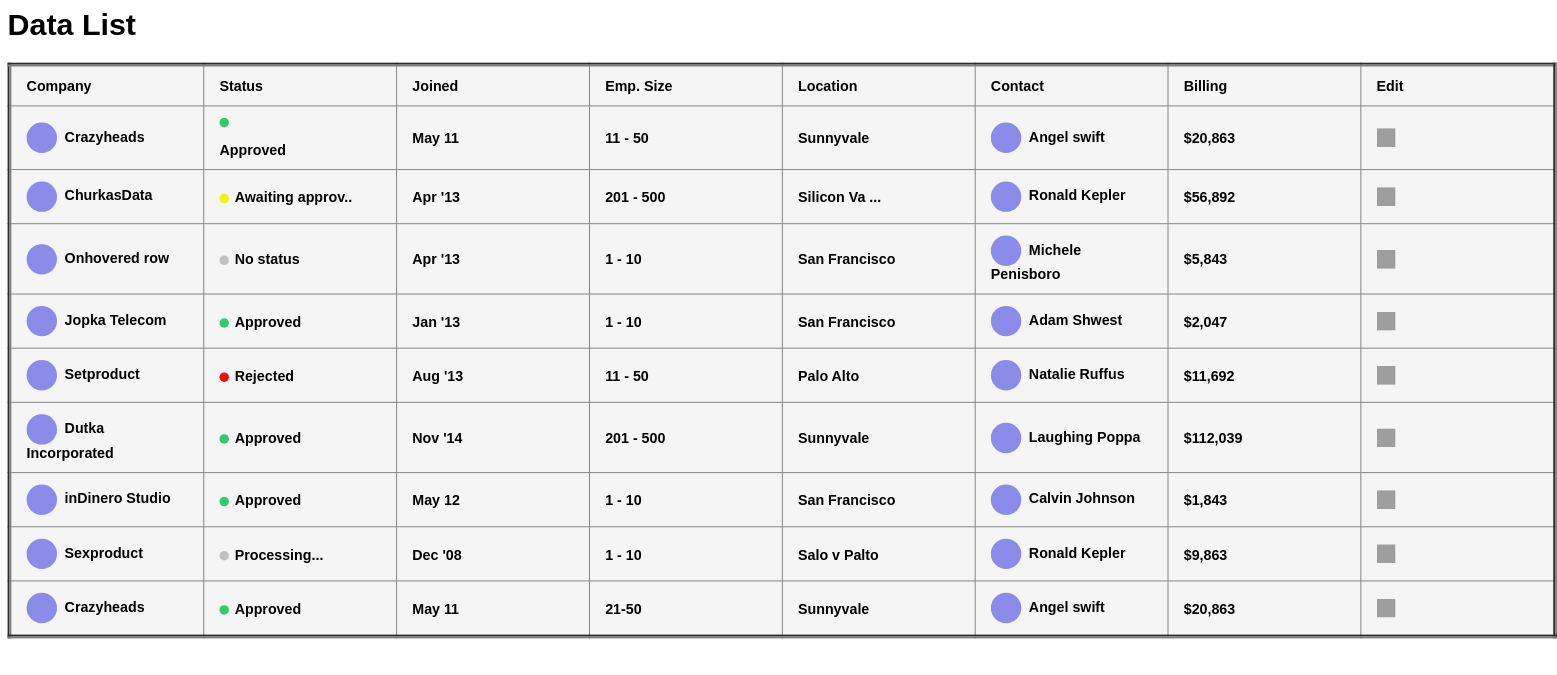
Repository: AdityaTech-Pro/FullStackWithBridgelabz
Page: Assignment2/Data_List/index.html
An editor plug-in stored every save of this project. The page is shown before and after the next save, followed by the edit.
The browser window is 1280 px wide. The page is 1639 px wide, so the pictures cover 1639 px, including what lies to the right of the window. The pictures show the whole page, at 95% of full size.
Pictures or frames that could not be fetched are drawn as grey boxes.

Above is the page before, as saved 2025-10-15 10:19:46.

After the next save:
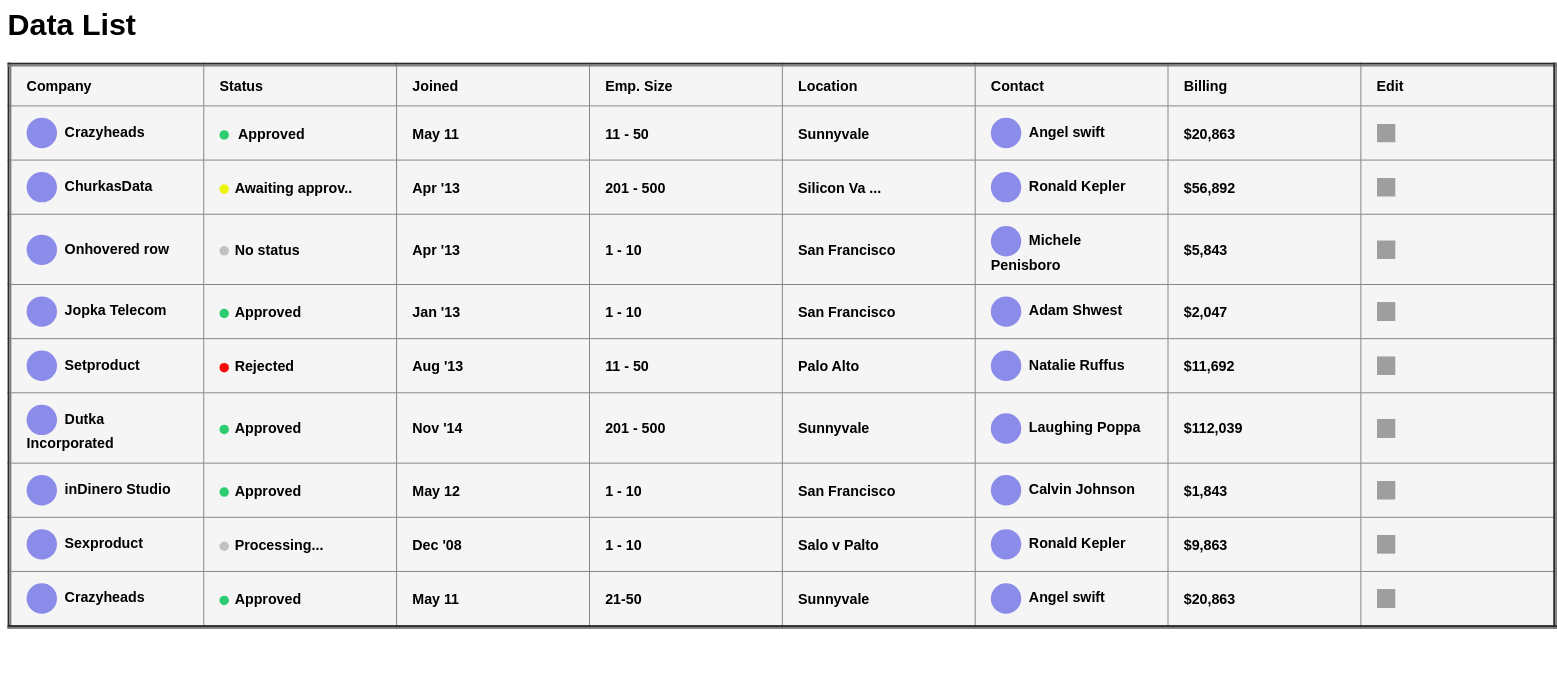
Saved 16 s later.
--- a/Assignment2/Data_List/index.html
+++ b/Assignment2/Data_List/index.html
@@ -123,8 +123,8 @@
 
         <tr>
             <th><span class="avatar" id="avatar-crazyheads" title="Add logo"></span>Crazyheads</th>
-            <th><span class="status-dot"></span>
-                <p color="green">Approved</p>
+            <th><span class="status-dot"></span> Approved
+                </p>
             </th>
             <th>May 11</th>
             <th>11 - 50</th>
